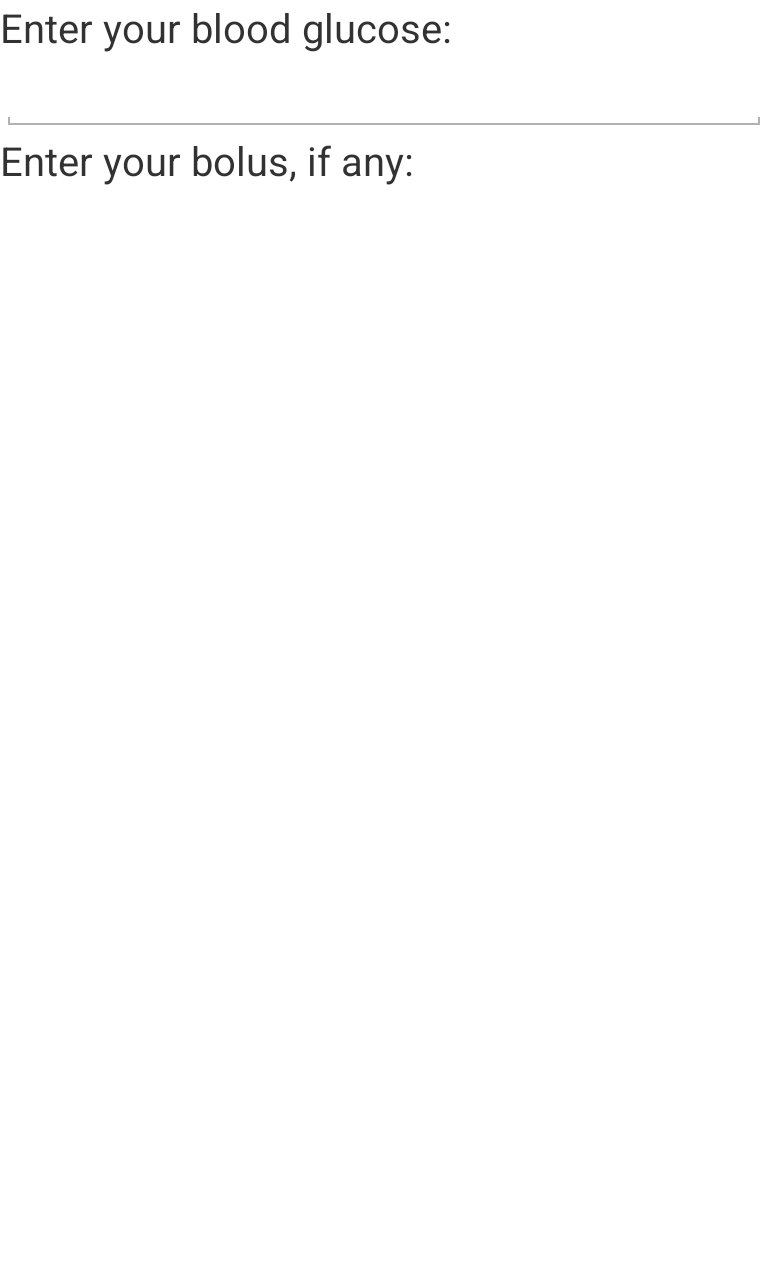
Repository: dekigo/GluNote
Layout: Glunote/res/layout/activity_testing_page.xml
An editor plug-in stored every save of this project. The layout is shown before and after the next save, followed by the edit.
It is drawn on a 768 x 1280 px phone screen (xhdpi) without system bars, with theme AppTheme; the app's code is not run.

Above is the layout before, as saved 2013-06-08 23:46:28.

After the next save:
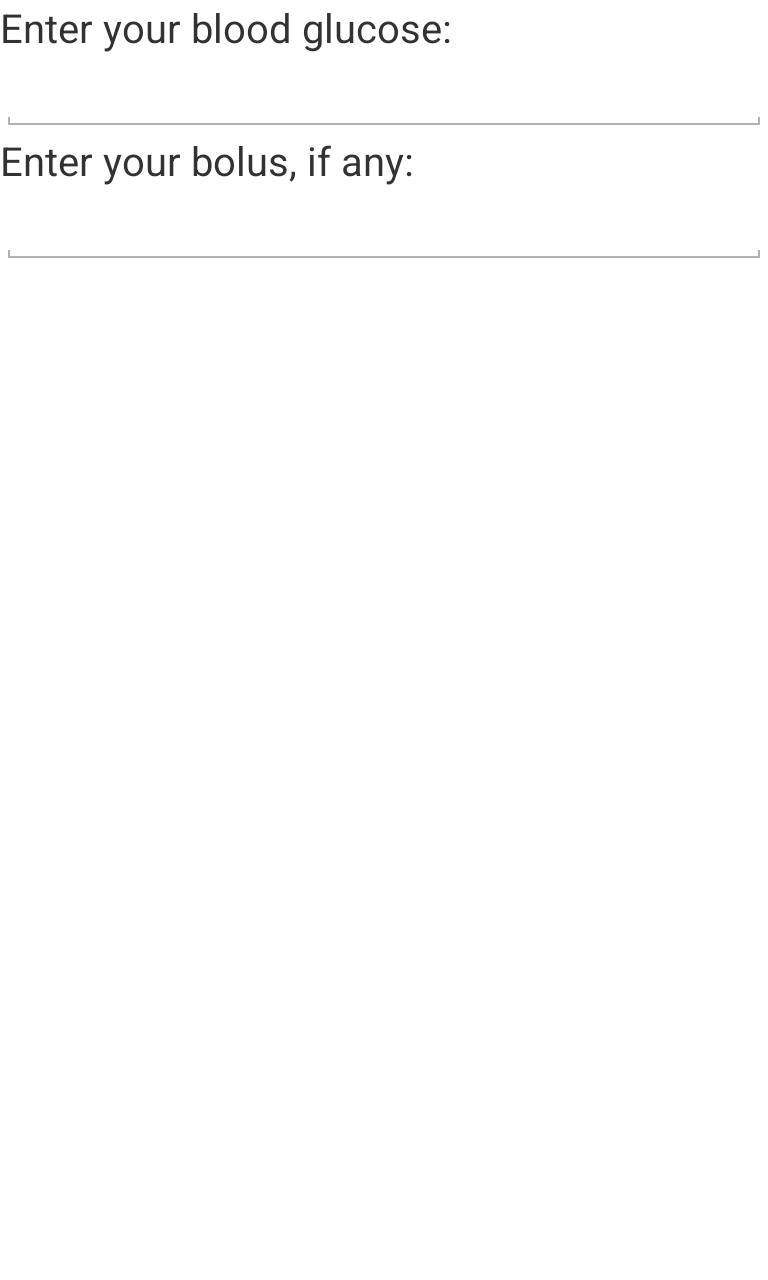
Saved 110 s later.
--- a/Glunote/res/layout/activity_testing_page.xml
+++ b/Glunote/res/layout/activity_testing_page.xml
@@ -17,7 +17,6 @@
         android:inputType="number"
     />
 
-
     <TextView
         android:layout_width="wrap_content"
         android:layout_height="wrap_content"
@@ -25,4 +24,10 @@
         android:textSize="20sp"
     />
 
+    <EditText android:id="@+id/Test_Page_Bolus_Amt"
+        android:layout_width="match_parent"
+        android:layout_height="wrap_content"
+        android:inputType="number"
+    />
+
 </LinearLayout>
